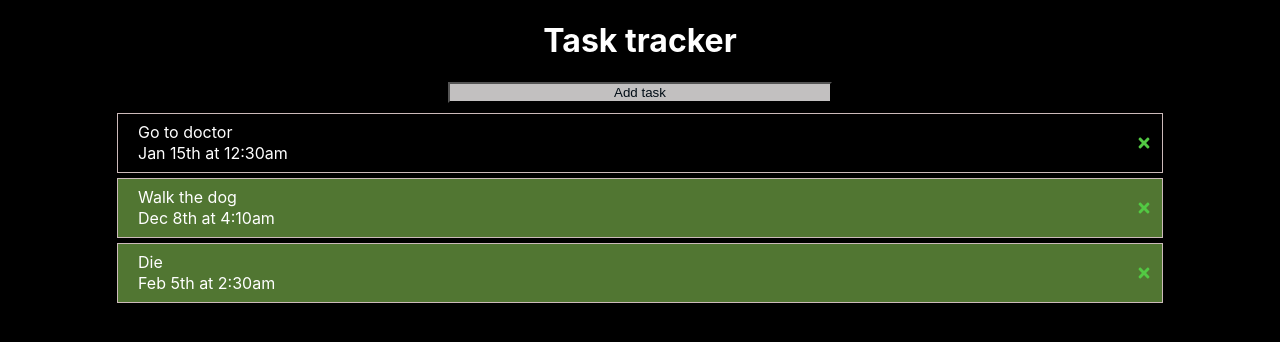
Repository: roscaImarius/task-tracker-react
Page: /
The author's editor kept a copy of each file at every save. The page is drawn from the files as they stood at one save, then again after the next save.
The browser window is 1280 px wide. The pictures show the whole page.
The project was rebuilt for these pictures with package versions that can differ from the ones it lists, and the page was loaded fresh each time. Also part of the build but not shown: src/components/AddTask.js.

Above is the page before, as saved 2021-03-31 13:12:21.

After the next save:
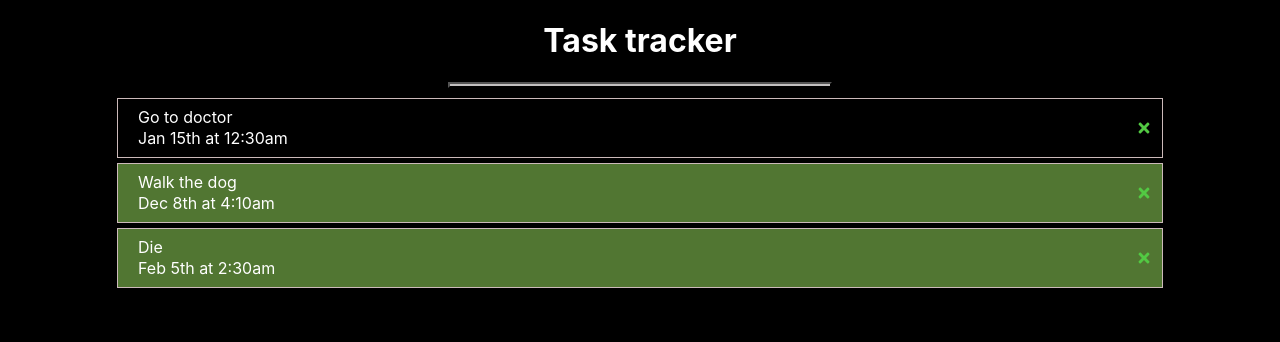
Saved 16 s later.
--- a/src/components/Button.js
+++ b/src/components/Button.js
@@ -7,7 +7,7 @@
       style={{ backgroundColor: color, marginBottom: "10px" }}
       className="add-btn"
     >
-      {showAdd ? "Cancel add task " : "Add task"}
+      {/* {showAdd ? "Cancel add task " : "Add task"} */}
     </button>
   );
 };

After the save that followed:
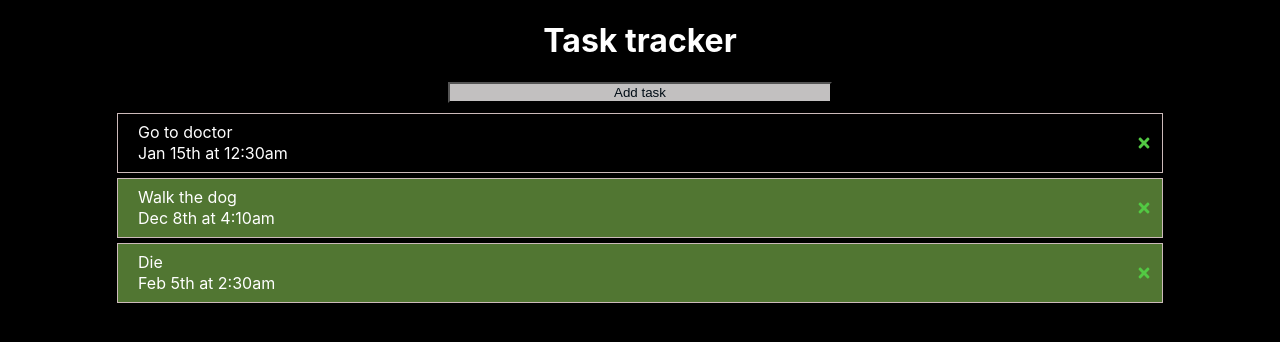
Saved 4 s later.
--- a/src/components/Button.js
+++ b/src/components/Button.js
@@ -7,7 +7,7 @@
       style={{ backgroundColor: color, marginBottom: "10px" }}
       className="add-btn"
     >
-      {/* {showAdd ? "Cancel add task " : "Add task"} */}
+      {showAdd ? "Cancel add task " : "Add task"}
     </button>
   );
 };
